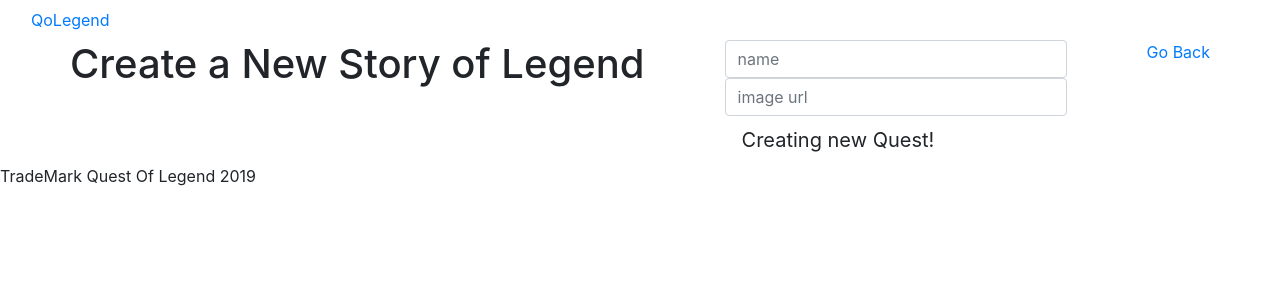
Repository: Hoangvo92/aws-program
Page: http://localhost/quests/new
The author's editor kept a record of every edit. The page is drawn from the files as they stood at one moment, then again after the next edit.
The browser window is 1280 px wide. The pictures show the whole page.
The page is served by the project's Node server (quests-of-legend/app.js).

Above is the page before.

After the next edit:
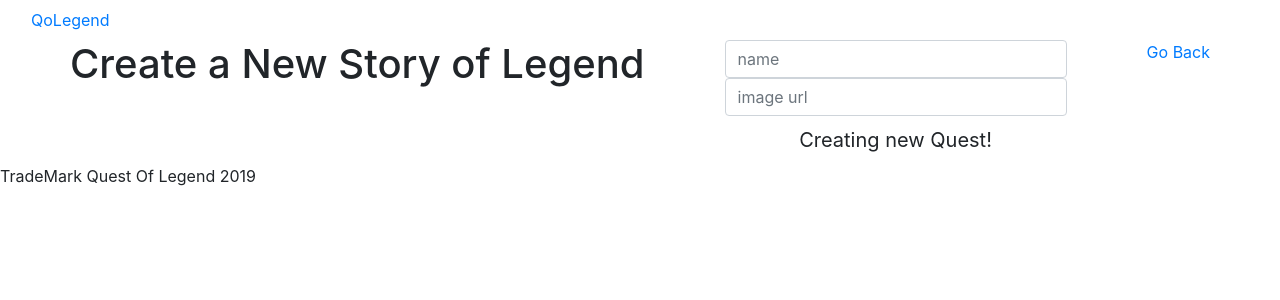
The edit:
--- a/quests-of-legend/views/new.ejs
+++ b/quests-of-legend/views/new.ejs
@@ -6,7 +6,7 @@
           <form action="/quests" method="POST">
              <input class="form-control" type="text" name="name" placeholder="name">
              <input class="form-control" type="text" name="image" placeholder="image url">
-             <button class="btn btn-lg btn-default">Creating new Quest!</button>
+             <button class="btn btn-lg btn-default btn-block">Creating new Quest!</button>
           </form>
         </div>
         <a href="/quests"> Go Back</a>
